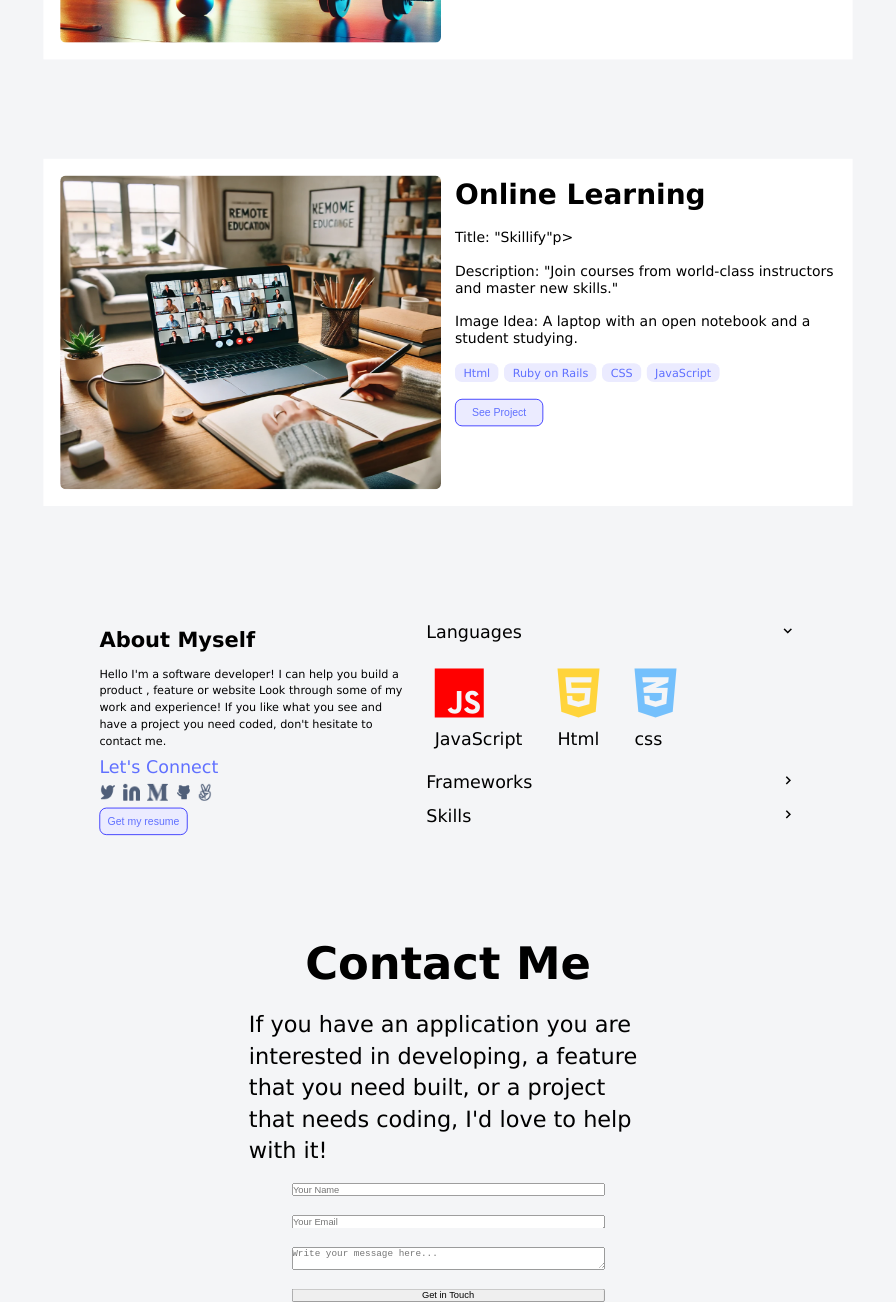
Repository: usman3123/portfolio-template-3
Page: portfolio.html
The author's editor kept a copy of each file at every save. The page is drawn from the files as they stood at one save, then again after the next save.
The browser window is 1280 px wide. The pictures show the part of the page from y = 2557 to 4477 px (the page is 4417 px tall before and 4477 px after), at 70% of full size.
Some web libraries are served in a nearby version.

Above is the page before, as saved 2025-01-27 11:19:29.
Not found: index.js

After the next save:
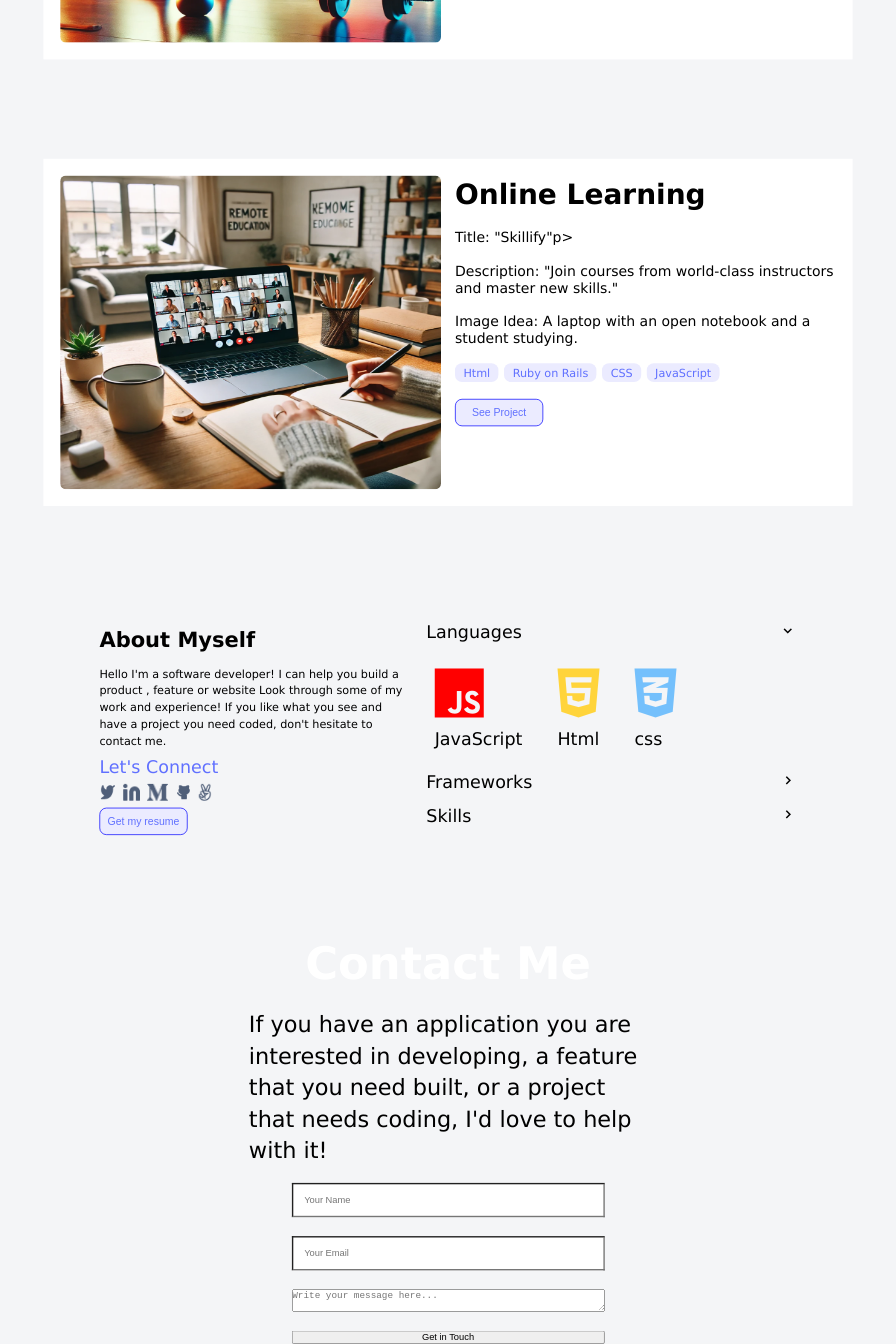
Saved 2 min 5 s later.
--- a/style.css
+++ b/style.css
@@ -245,6 +245,7 @@ body {
     font-size: 4rem;
     font-weight: 700;
     line-height: 5.2rem;
+    color: white;
 }
 .contact-description {
     max-width: 569px;
@@ -257,6 +258,10 @@ body {
     flex-direction: column;
     max-width: 447px;
     width: 100%;
+}
+.form-input {
+    padding: 15px 16px;
+    background-color: white;
 }
 
 
